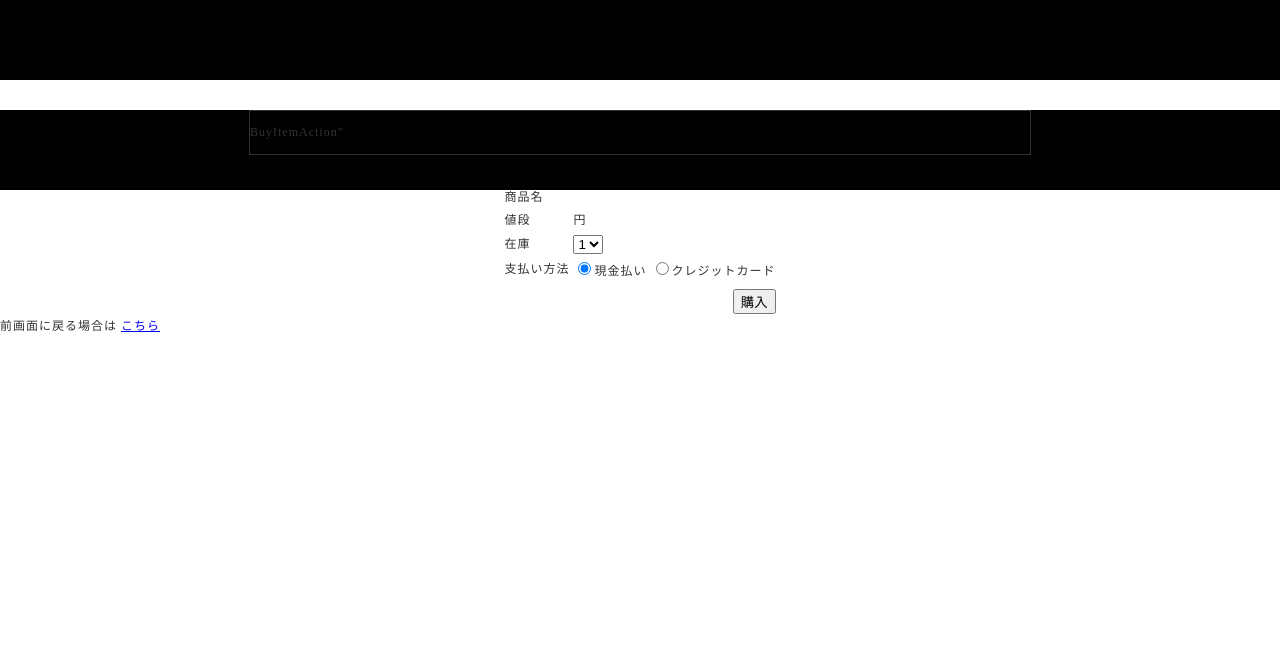
Repository: hiroki811/test
Page: http://localhost/template/byItem.jsp
These files come from the project's save history. The page is drawn as it stood at one moment and after the next save; the edit follows.
The browser window is 1280 px wide. The pictures show the whole page.
The page is served by Tomcat 9. Other server files are loaded and not shown.

Above is the page before, as saved 2018-04-19 04:17:02.

### template/WebContent/byItem.jsp
<%@ page language="java" contentType="text/html; charset=UTF-8"
	pageEncoding="UTF-8"%>
<%@ taglib prefix="s" uri="/struts-tags"%>
<!DOCTYPE html>
<html>
<head>
<meta http-equiv="Content-Type" content="text/html; charset=UTF-8">
<meta http-equiv="Content-Style-Type" content="text/css" />
<meta http-equiv="Content-Script-Type" content="text/css" />
<meta http-equiv="imagetoolbar" content="no" />
<meta name="description" content="" />
<meta name="keywords" content="" />
<title>buyItem画面</title>

<style type="text/css">
/*============================TAG LAYOUT===========================*/
body {
	margin: 0;
	padding: 0;
	line-height: 1.6;
	letter-spacing: 1px;
	font-size: 12px;
	color: #333;
	background: #fff;
}

table {
	text-aline: center;
	margin: auto;
}

/*===============================ID LAYOUT======================*/
#top {
	width: 780px;
	margin: 30px auto;
	border: 1px solid #333;
}

#header {
	width: 100%;
	height: 80px;
	background-color: black;
}

#main {
	width: 100%;
	height: 80px;
	background-color: black;
}

#footer {
	width: 100%;
	height: 80px;
	background-color: black;
	clear: both;
}
</style>
</head>
<body>
	<div id="header">
		<div id="pr"></div>
	</div>
	<div id="main">
		<div id="top">
			<p>BuyItemAction"</p>
		</div>
		<div>
			<s:form action="BuyItemAction">
				<table>
					<tr>
						<td><span>商品名</span></td>
						<td><s:property value="session.buyItem_name" /></td>
					</tr>
					<tr>
						<td><span>値段</span></td>
						<td><s:property value="session.buyItem_price" /> <span>円</span>
						</td>
					</tr>
					<tr>
						<td><span>在庫</span></td>
						<td><select name="stock">

								<option value="1" selected="selected">1</option>
								<option value="2">2</option>
								<option value="3">3</option>
								<option value="4">4</option>
								<option value="5">5</option>
						</select></td>
					</tr>
					<tr>
						<td><span>支払い方法</span></td>
						<td><input type="radio" name="pay" value="1"
							checked="checked">現金払い <input type="radio" name="pay"
							value="2">クレジットカード</td>
					</tr>
					<tr>
						<td><s:submit value="購入" /></td>
					</tr>
				</table>
			</s:form>
			<div>
				<span>前画面に戻る場合は</span> <a href='<s:url action="homeAction"/>'>こちら</a>
			</div>
		</div>
	</div>
	<div id="fotter">
		<div id="pr"></div>
	</div>

</body>
</html>

After the next save:
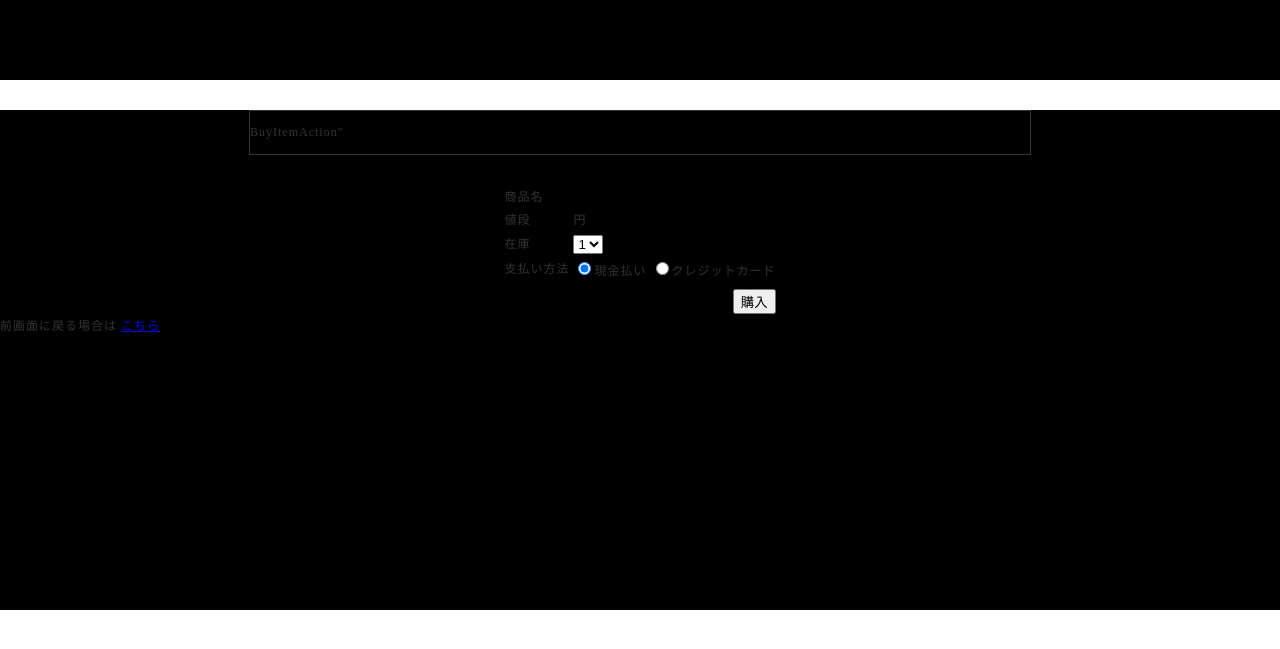
Saved 4 min 8 s later.
--- a/template/WebContent/byItem.jsp
+++ b/template/WebContent/byItem.jsp
@@ -26,7 +26,7 @@ body {
 
 table {
 	text-aline: center;
-	margin: auto;
+	margin:0 auto;
 }
 
 /*===============================ID LAYOUT======================*/
@@ -44,7 +44,7 @@ table {
 
 #main {
 	width: 100%;
-	height: 80px;
+	height: 500px;
 	background-color: black;
 }
 
